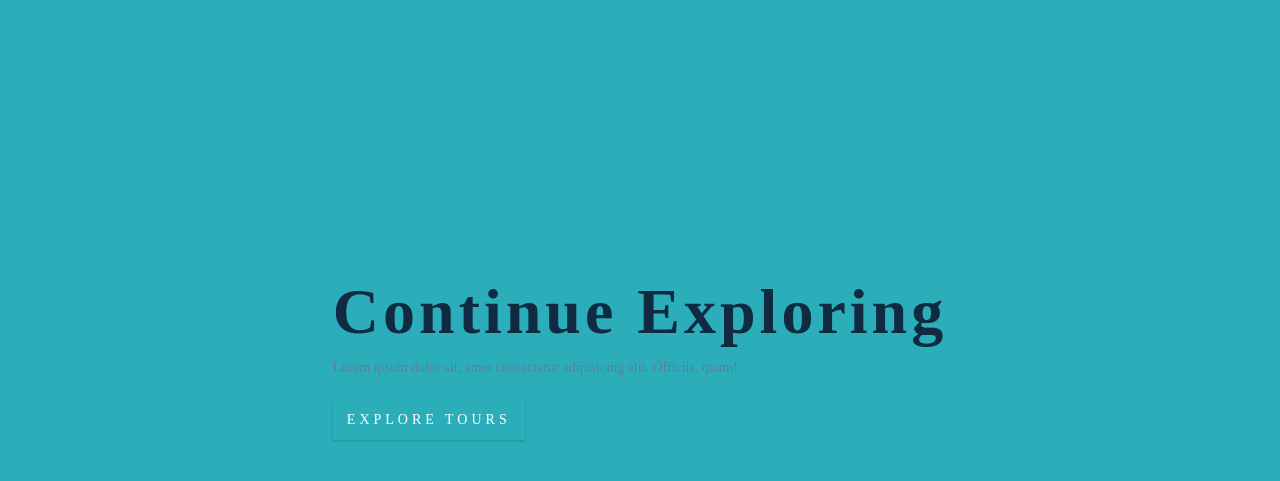
Repository: Ndifoinhilary/flexbox-project
Page: index.html
An editor plug-in stored every save of this project. The page is shown before and after the next save, followed by the edit.
The browser window is 1280 px wide. The pictures show the whole page.

Above is the page before, as saved 2024-01-18 14:03:17.

After the next save:
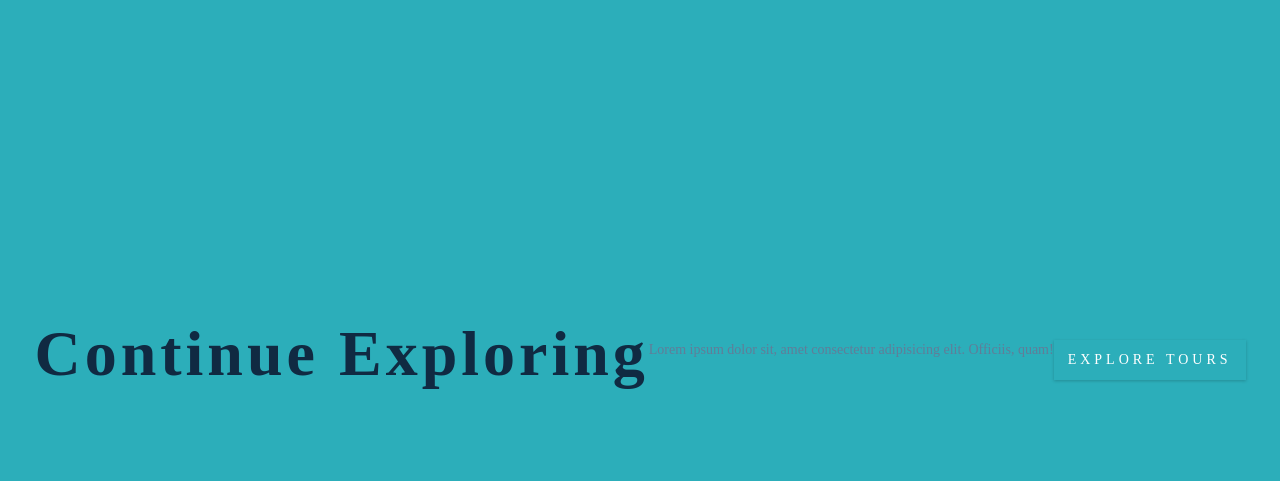
Saved 4 min 15 s later.
--- a/css/main.css
+++ b/css/main.css
@@ -151,5 +151,9 @@ p{
   justify-content: center;
   align-items: center;
 }
-
+.hero-banner{
+  display: flex;
+  justify-content: center;
+  align-items: center;
+}
 /* end of hero */
